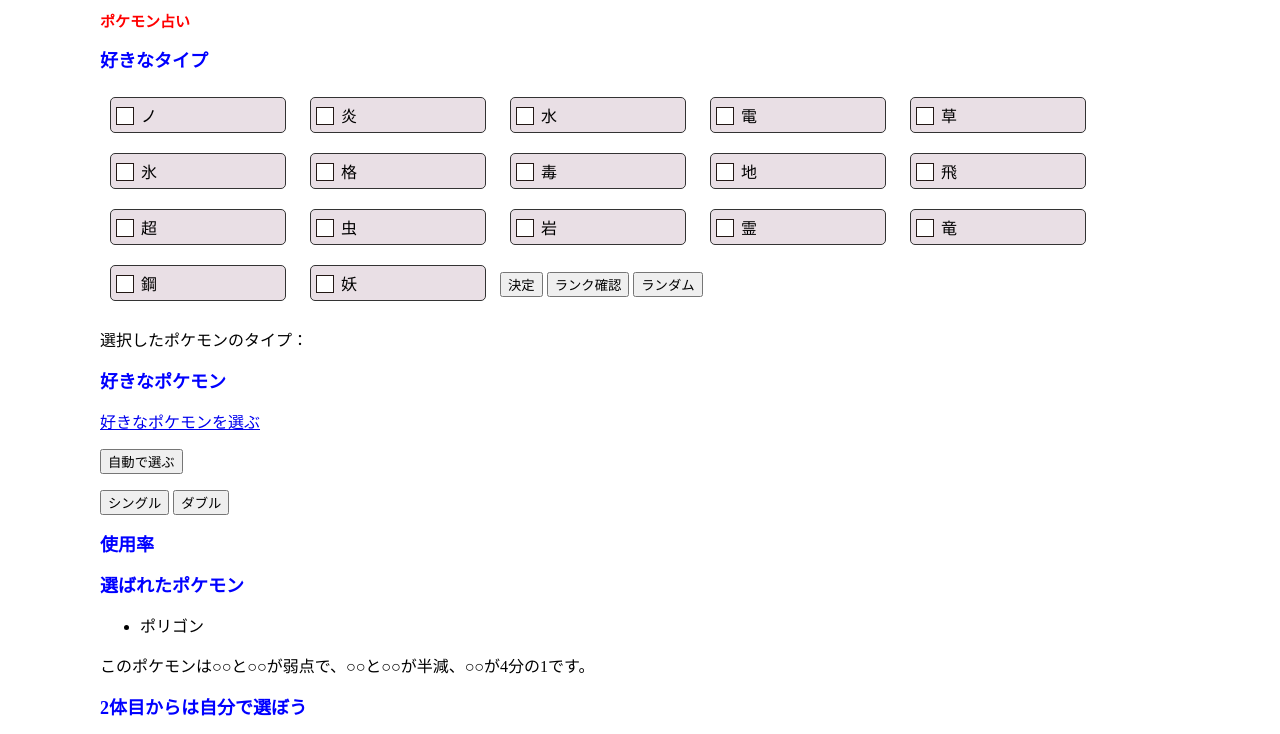
Repository: KustomApe/ksie
Page: index.html
These files come from the project's save history. The page is drawn as it stood at one moment and after the next save; the edit follows.
The browser window is 1280 px wide. The pictures show the whole page.

Above is the page before, as saved 2021-01-22 17:25:37.

### index.html
<!DOCTYPE html>
<html lang="ja">
<head>
    <meta charset="UTF-8">
    <meta name="viewport" content="width=device-width, initial-scale=1.0">
    <title>ポケモン占い</title>
    <link rel="stylesheet" type="text/css" href="./assets/css/style.css">
    <script type="text/javascript" src="./assets/js/uranai.js"></script>
</head>
<body>
    <div id="wrap">
    <h1>ポケモン占い</h1>
    <h2>好きなタイプ</h2>
    <form id="type_form" action="#" name="type_form">
        <input type="checkbox" id="01-A" name="types" value="ノ">
        <label for="01-A" class="types">ノ</label>
        <input type="checkbox" id="02-A" name="types" value="炎">
        <label for="02-A" class="types">炎</label>
        <input type="checkbox" id="03-A" name="types" value="水">
        <label for="03-A" class="types">水</label>
        <input type="checkbox" id="04-A" name="types" value="電">
        <label for="04-A" class="types">電</label>
        <input type="checkbox" id="05-A" name="types" value="草">
        <label for="05-A" class="types">草</label>
        <input type="checkbox" id="06-A" name="types" value="氷">
        <label for="06-A" class="types">氷</label>
        <input type="checkbox" id="07-A" name="types" value="格">
        <label for="07-A" class="types">格</label>
        <input type="checkbox" id="08-A" name="types" value="毒">
        <label for="08-A" class="types">毒</label>
        <input type="checkbox" id="09-A" name="types" value="地">
        <label for="09-A" class="types">地</label>
        <input type="checkbox" id="10-A" name="types" value="飛">
        <label for="10-A" class="types">飛</label>
        <input type="checkbox" id="11-A" name="types" value="超">
        <label for="11-A" class="types">超</label>
        <input type="checkbox" id="12-A" name="types" value="虫">
        <label for="12-A" class="types">虫</label>
        <input type="checkbox" id="13-A" name="types" value="岩">
        <label for="13-A" class="types">岩</label>
        <input type="checkbox" id="14-A" name="types" value="霊">
        <label for="14-A" class="types">霊</label>
        <input type="checkbox" id="15-A" name="types" value="竜">
        <label for="15-A" class="types">竜</label>
        <input type="checkbox" id="16-A" name="types" value="鋼">
        <label for="16-A" class="types">鋼</label>
        <input type="checkbox" id="17-A" name="types" value="妖">
        <label for="17-A" class="types">妖</label>
        <input type="button" onclick="taipu()" value="決定">
        <input type="button" onclick="pokemonLists()" value="ランク確認">
        <input type="button" onclick="pickPokemon()" value="ランダム">
    </form>
    <p>選択したポケモンのタイプ：<span id="display_types"></span></p>
    <h2>好きなポケモン</h2>
    <p><a href="./select_pokemon.html">好きなポケモンを選ぶ</a></p>
    <form><input type="button" value="自動で選ぶ" onClick="pickPokemon()"></form>
    <p id='pokemon_elect'></p>
    <button>シングル</button>
    <button>ダブル</button>
    <h2>使用率</h2>
    <h2>選ばれたポケモン</h2>
    <ul>
        <li>ポリゴン</li>
    </ul>
    <p>このポケモンは○○と○○が弱点で、○○と○○が半減、○○が4分の1です。</p>
    <h2>2体目からは自分で選ぼう</h2>
</div>
</body>
</html>

### assets/css/style.css
@charset "utf-8";

body {
    display: block;
    margin: 0 auto;
    width: 1080px;
}

div#wrap {
    display: block;
    margin: 0 auto;
    width: 1080px;
}

h1 {
    color: red;
    font-size: 15px;
}

h2 {
    color: blue;
    font-size: large;
}

ul.taipu {
    margin: 100px;
}

/* ul.taipu li {
    margin: 10px;
    list-style: none;
    float: left;
    width: 105px;
    border: solid 1px #333333;
    border-radius: 5px;
    padding: 5px;
    /* background-color: #e9dfe5; */

label {
    display: block;
}

/* チェックボックス01 */
input[type=checkbox] {
    display: none;
}
.types {
    margin: 10px;
    list-style: none;
    width: 105px;
    border: solid 1px #333333;
    border-radius: 5px;
    padding: 5px;
    background-color: #e9dfe5;
    box-sizing: border-box;
    cursor: pointer;
    display: inline-block;
    padding: 5px 30px;
    position: relative;
    width: 11rem;
}
.types::before {
    background: #fff;
    border: 1px solid #231815;
    content: '';
    display: block;
    height: 16px;
    left: 5px;
    margin-top: -8px;
    position: absolute;
    top: 50%;
    width: 16px;
}
.types::after {
    border-right: 3px solid red;
    border-bottom: 3px solid red;
    content: '';
    display: block;
    height: 9px;
    left: 10px;
    margin-top: -7px;
    opacity: 0;
    position: absolute;
    top: 50%;
    transform: rotate(45deg);
    width: 5px;
}
input[type=checkbox]:checked + .types::after {
    opacity: 1;
}

.clearfix::after {
    content: "";
    display: block;
    clear: both;
}

### assets/js/uranai.js
let pokemons = {
    1: "サンダー",
    2: "エースバーン",
    3: "ミミッキュ",
    4: "カプ・レヒレ",
    5: "ランドロス",
    6: "ポリゴン２",
    7: "ウーラオス",
    8: "ドラパルト",
    9: "カバルドン",
    10: "ゴリランダー",
    11: "ウーラオス",
    12: "カイリュー",
    13: "ウツロイド",
    14: "ナットレイ",
    15: "テッカグヤ",
    16: "ウオノラゴン",
    17: "バンギラス",
    18: "ドリュウズ",
    19: "カミツルギ",
    20: "ブリザポス",
    21: "ドヒドイデ",
    22: "ラグラージ",
    23: "ラプラス",
    24: "レジエレキ",
    25: "ガブリアス",
    26: "ヒードラン",
    27: "フェローチェ",
    28: "アーゴヨン",
    29: "クレセリア",
    30: "ボルトロス",
    31: "ファイヤー",
    32: "バシャーモ",
    33: "パッチラゴン",
    34: "ドサイドン",
    35: "ボーマンダ",
    36: "オーロンゲ",
    37: "ロトム",
    38: "ジバコイル",
    39: "メタグロス",
    40: "ギャラドス",
    41: "ヤドキング",
    42: "カプ・コケコ",
    43: "キュウコン",
    44: "ヒヒダルマ",
    45: "マンムー",
    46: "カプ・テテフ",
    47: "ロトム",
    48: "ウインディ",
    49: "ピクシー",
    50: "エルフーン",
    51: "エアームド",
    52: "トゲキッス",
    53: "ラッキー",
    54: "スイクン",
    55: "マリルリ",
    56: "カプ・ブルル",
    57: "ラティオス",
    58: "ハッサム",
    59: "カビゴン",
    60: "ライコウ",
    61: "ハピナス",
    62: "リザードン",
    63: "アーマーガア",
    64: "ラティアス",
    65: "ヌオー",
    66: "パルシェン",
    67: "アシレーヌ",
    68: "サニーゴ",
    69: "ボルトロス",
    70: "ギルガルド",
    71: "ニンフィア",
    72: "ブリムオン",
    73: "ガオガエン",
    74: "トリトドン",
    75: "パッチルドン",
    76: "ルカリオ",
    77: "ミロカロス",
    78: "ファイヤー",
    79: "サンダー",
    80: "ガマゲロゲ",
    81: "マッシブーン",
    82: "ゲンガー",
    83: "ヌメルゴン",
    84: "ナマコブシ",
    85: "カメックス",
    86: "マニューラ",
    87: "ガラガラ",
    88: "インテレオン",
    89: "ランクルス",
    90: "レイスポス",
    91: "メタモン",
    92: "エーフィ",
    93: "ユクシー",
    94: "シャンデラ",
    95: "デンジュモク",
    96: "サザンドラ",
    97: "ウルガモス",
    98: "エンテイ",
    99: "ポットデス",
    100: "ルガルガン",
    101: "ツンデツンデ",
    102: "ブラッキー",
    103: "ズガドーン",
    104: "レジロック",
    105: "コータス",
    106: "サーナイト",
    107: "ボスゴドラ",
    108: "レジアイス",
    109: "クレッフィ",
    110: "フシギバナ",
    111: "ランターン",
    112: "グレイシア",
    113: "ゴチルゼル",
    114: "ゾロアーク",
    115: "オノノクス",
    116: "マタドガス",
    117: "ペンドラー",
    118: "マホイップ",
    119: "ユレイドル",
    120: "ニドキング",
    121: "タチフサグマ",
    122: "コオリッポ",
    123: "シャワーズ",
    124: "トルネロス",
    125: "エレキブル",
    126: "フリーザー",
    127: "キングドラ",
    128: "サンダース",
    129: "ホルード",
    130: "バイバニラ",
    131: "クレベース",
    132: "ギガイアス",
    133: "トルネロス",
    134: "ブルンゲル",
    135: "キリキザン",
    136: "ポリゴンＺ",
    137: "ドラピオン",
    138: "ストリンダー",
    139: "シザリガー",
    140: "キュワワー",
    141: "ニャオニクス",
    142: "レジドラゴ",
    143: "アイアント",
    144: "バンバドロ",
    145: "ロトム",
    146: "ヤドラン",
    147: "ジュラルドン",
    148: "ヤドラン",
    149: "ガチゴラス",
    150: "アマルルガ",
};

function docReady(fn) {
    // see if DOM is already available
    if (document.readyState === "complete" || document.readyState === "interactive") {
        // call on next available tick
        setTimeout(fn, 1);
    } else {
        document.addEventListener("DOMContentLoaded", fn);
    }
}

docReady(function checked() {
    var status = document.getElementsByClassName("types");
    console.log(status)
    if (status.checked == true) {
        console.log('checked');
    }
    else if (status.checked == false) {
        console.log('unchecked')
    }
});

function uranai() {
    rand = Math.floor(Math.random()*100);
    console.log(rand)
    elect = 'サンダー'
    if (rand > 9) elect = "ランドロス"; //10～29（20%）
    if (rand > 29) elect = "カプ・レヒレ"; //30～49（20%）
    if (rand > 49) elect = "ボルトロス"; //50～69(20%)
	if (rand > 69) elect = "ミミッキュ"; //70～89（20%）
	if (rand > 89) elect = "エースバーン"; //90～99（10%）
    console.log(elect);
    para = document.getElementById('pokemon_elect');
    para.innerHTML = elect;
};

function taipu() {
    const arrType = [];
    const types = document.type_form.types;

    for (let i = 0; i < types.length; i++) {
        if(types[i].checked) {
            arrType.push(" " + types[i].value);
        }
    }
    console.log(arrType)
    document.getElementById("display_types").textContent = arrType;
    // タイプのデータを取ってくる
    // タイプの中身をコンソールログに出す
    // 占うボタンをクリック
    // 該当するポケモンが4体以上150位以内の中にいた場合は占う
    // 3体以下なら警告を出す
    // console.log("ポケモンゲットだぜ！")
};

function pokemonLists() {
    for (let key in pokemons) {
        console.log(key + '位は' + pokemons[key]);
    }
};

function pickPokemon() {
    const pokemon = [];
    for (let key in pokemons) {
        pokemon.push(pokemons[key])
    }

    const random = Math.floor(Math.random() * pokemon.length);
    console.log(random, pokemon[random]);
};

After the next save:
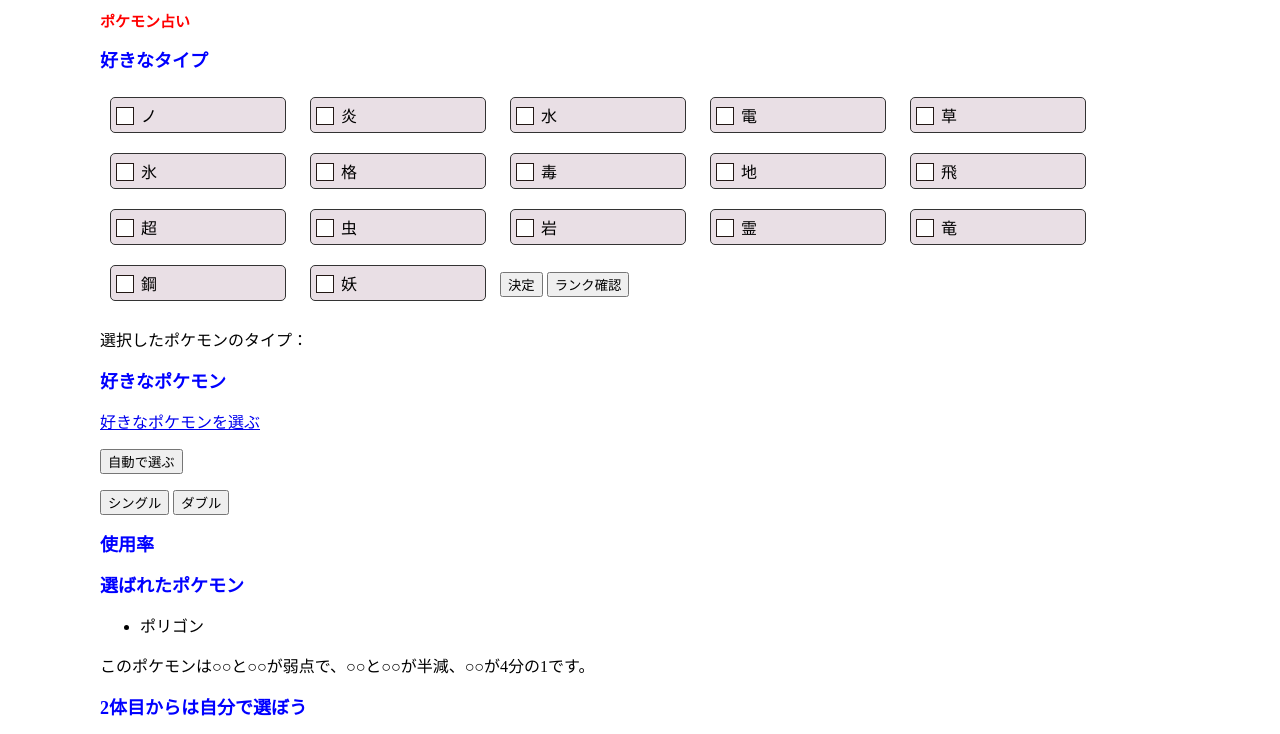
Saved 3 s later.
--- a/index.html
+++ b/index.html
@@ -48,7 +48,6 @@
         <label for="17-A" class="types">妖</label>
         <input type="button" onclick="taipu()" value="決定">
         <input type="button" onclick="pokemonLists()" value="ランク確認">
-        <input type="button" onclick="pickPokemon()" value="ランダム">
     </form>
     <p>選択したポケモンのタイプ：<span id="display_types"></span></p>
     <h2>好きなポケモン</h2>
